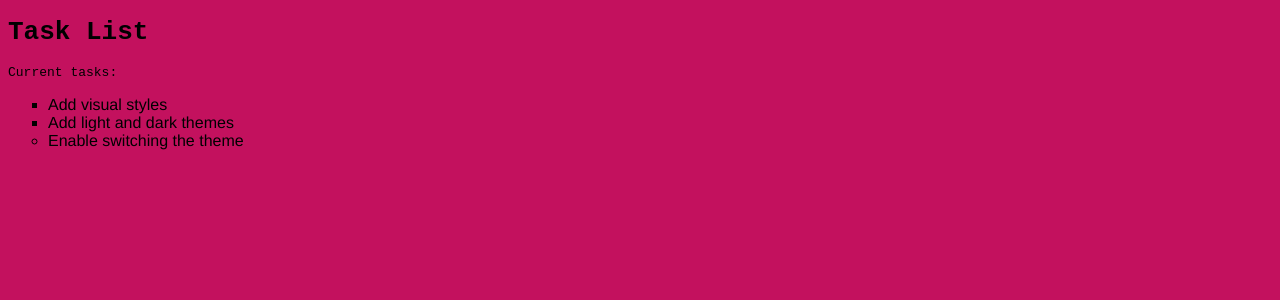
Repository: MaggieMengXingchen/Class-4
Page: index.html
An editor plug-in stored every save of this project. The page is shown before and after the next save, followed by the edit.
The browser window is 1280 px wide. The pictures show the whole page.

Above is the page before, as saved 2024-02-14 13:25:08.

### index.html
<!DOCTYPE html>
<html lang="en">
<head>
    <meta charset="UTF-8">
    <meta name="viewport" content="width=device-width, initial-scale=1.0">
    <title>Document</title>
    <Link rel="stylesheet" href="main.css">
</head>
<body>
    <body class="light-theme"></body>
    <h1>Task List</h1>
    <p id="msg">Current tasks:</p>
    <ul>
    <li class="list">Add visual styles</li>
    <li class="list">Add light and dark themes</li>
    <li>Enable switching the theme</li>
</ul>
</body>
</html>

### main.css
body {
font-family: monospace;
} ul {
font-family: helvetica;
}
li {
list-style: circle;
}
.list {
list-style: square;
}
#msg {
font-family: monospace;
}
.light-theme {
color: #000000;
background: #c3115e;
}

After the next save:
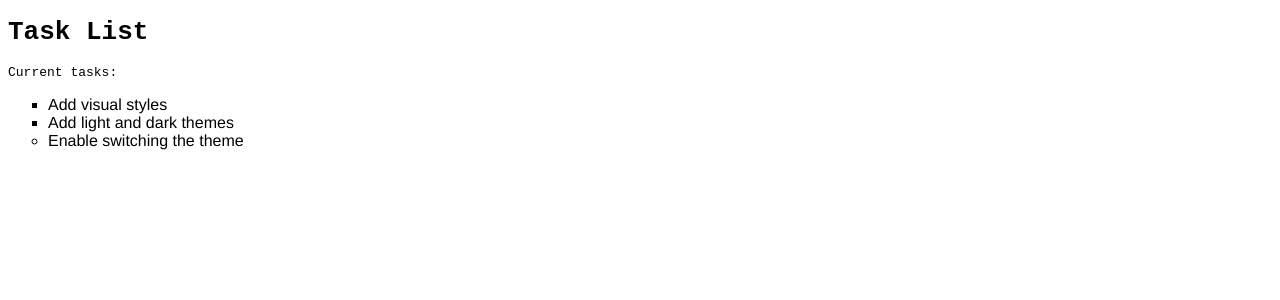
Saved 15 s later.
--- a/index.html
+++ b/index.html
@@ -7,7 +7,6 @@
     <Link rel="stylesheet" href="main.css">
 </head>
 <body>
-    <body class="light-theme"></body>
     <h1>Task List</h1>
     <p id="msg">Current tasks:</p>
     <ul>

After the 2 saves that followed:
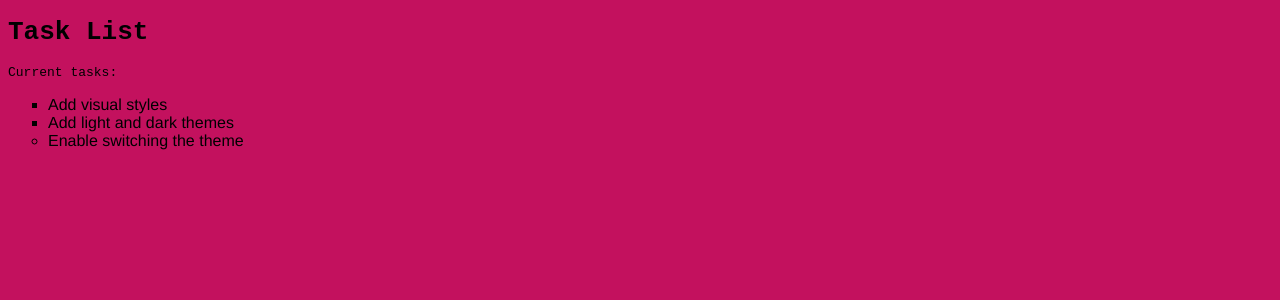
The 2 saves are shown as one change because they came seconds apart.
The last was saved 8 s later.
--- a/index.html
+++ b/index.html
@@ -6,7 +6,7 @@
     <title>Document</title>
     <Link rel="stylesheet" href="main.css">
 </head>
-<body>
+<body class="light-theme">
     <h1>Task List</h1>
     <p id="msg">Current tasks:</p>
     <ul>
